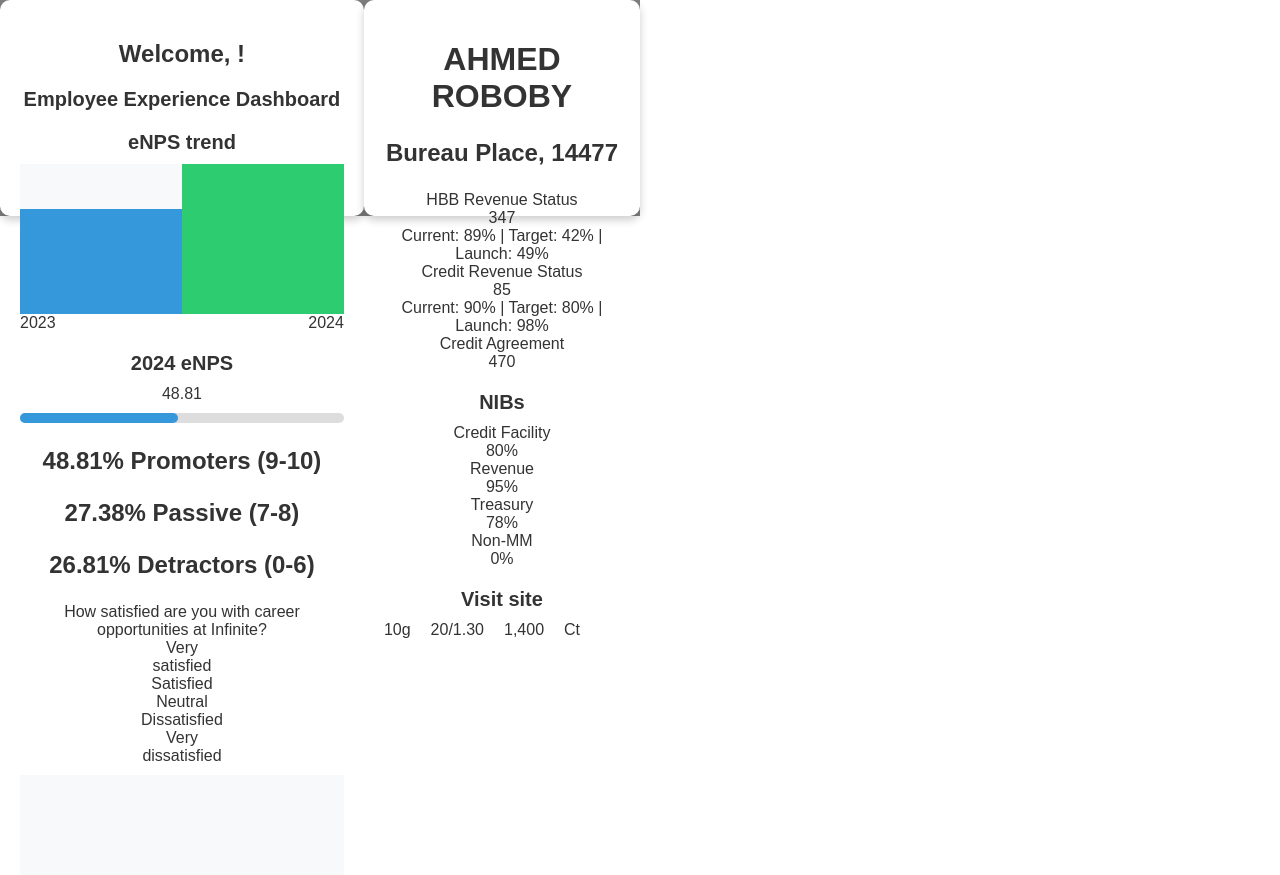
Repository: Ramaryal33/Airline-Management-System
Page: http://localhost/Airline_Management_System/WEB-INF/page/staffDashboard.jsp
These files come from the project's save history. The page is drawn as it stood at one moment and after the next save; the edit follows.
The browser window is 1280 px wide. The pictures show the whole page.
The page is served by Tomcat 10. Nobody is signed in. The template is opened directly, without the code that normally fills it, so the values that code supplies are empty.

Above is the page before, as saved 2025-05-01 15:48:26.

After the next save:
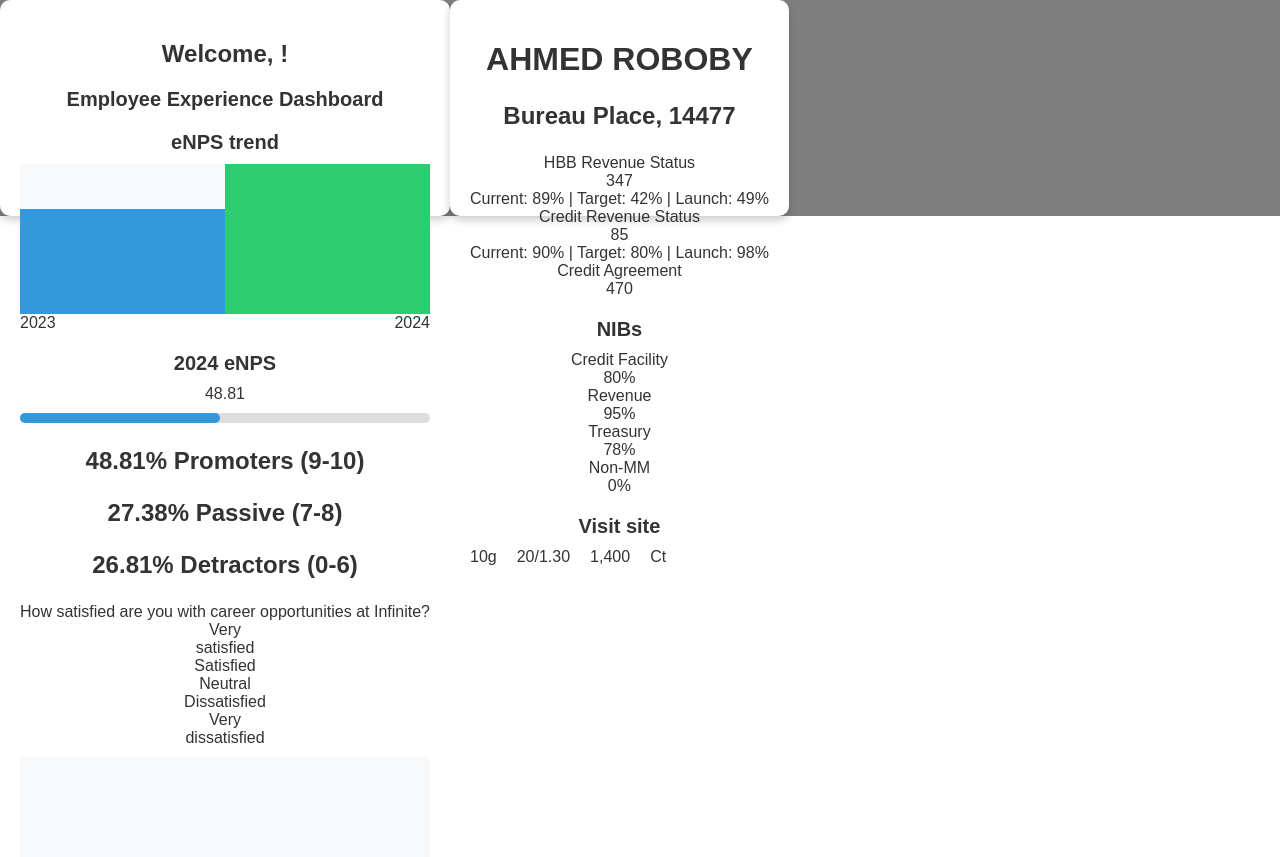
Saved 24 s later.
--- a/Airline_Management_System/src/main/webapp/css/staff.css
+++ b/Airline_Management_System/src/main/webapp/css/staff.css
@@ -14,7 +14,7 @@ body {
 
 .dashboard-container {
     display: flex;
-    width: 50%;
+    width: 100%;
     height: 30vh;
     background-color: rgba(0, 0, 0, 0.5); /* Dark overlay */
 }
